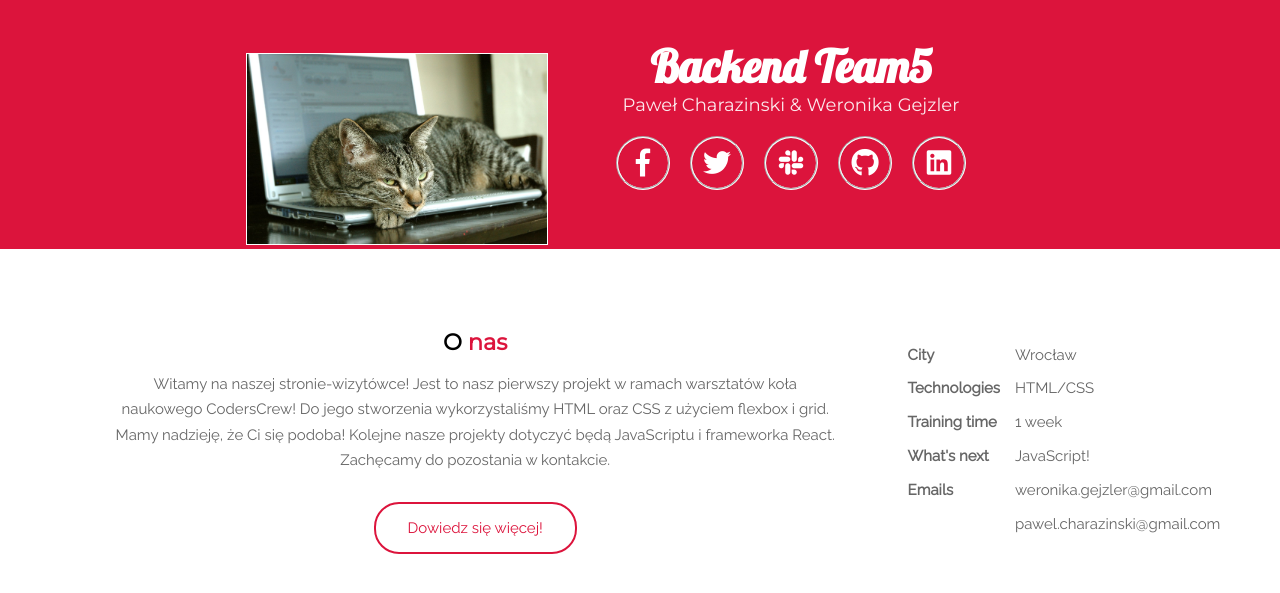
Repository: pietruszka/cc_proj1
Page: index.html
These files come from the project's save history. The page is drawn as it stood at one moment and after a run of saves; the edit follows.
The browser window is 1280 px wide. The pictures show the whole page.
Some web libraries are served in a nearby version.

Above is the page before, as saved 2018-11-18 20:41:19.

### index.html
<!DOCTYPE html>
<html lang="en">

<head>
    <meta charset="UTF-8">
    <meta name="viewport" content="width=device-width, initial-scale=1.0">
    <link rel="stylesheet" href="./style.css" />
    <link href="https://fonts.googleapis.com/css?family=Lobster" rel="stylesheet">
    <link href="https://use.fontawesome.com/releases/v5.0.8/css/all.css" rel="stylesheet">
    <link href="https://fonts.googleapis.com/css?family=Montserrat" rel="stylesheet">
    <link href="https://fonts.googleapis.com/css?family=Raleway" rel="stylesheet">
    <title>BackendTeam5</title>
</head>

<body>


        <div id="top">
            <div id="photo"><img id="photo1" src="people.jpg" alt=""></div>
            <div id="heading">


               <h1 id="heading1">Backend Team5</h1>
               <h2 id="heading2">Paweł Charazinski &amp; Weronika Gejzler</h2>
               <div class="nav">

                <div class="nav-item">
                    <a href="#" class="fab fa-facebook-f"></a>
                </div>
                <div class="nav-item">
                    <a href="#" class="fab fa-twitter"></a>
                </div>

                <div class="nav-item">
                    <a href="#" class="fab fa-slack"></a>
                </div>
                <div class="nav-item">
                    <a href="#" class="fab fa-github"></a>
                </div>
                <div class="nav-item">
                    <a href="#" class="fab fa-linkedin"></a>
                </div>
            </div>


            </div>

        </div>

        <div id="bottom">
            <div id="about">
<h1 id="h_about">O <span style="color:crimson">nas</span></h1>
<p id="p_about">Witamy na naszej stronie-wizytówce! Jest to nasz pierwszy projekt w ramach warsztatów koła naukowego CodersCrew! Do jego stworzenia wykorzystaliśmy HTML oraz CSS z użyciem flexbox i grid. Mamy nadzieję, że Ci się podoba! Kolejne nasze projekty dotyczyć będą JavaScriptu i frameworka React. Zachęcamy do pozostania w kontakcie.</p>
<div id="button">Dowiedz się więcej!</div>


            </div>
            <div id="details">
<table>
    <tr>
        <td class="table"><b>City</b></td>
        <td class="table">Wrocław</td>
    </tr>
    <tr>
        <td class="table"><b>Technologies</b></td>
        <td class="table">HTML/CSS</td>
    </tr>
    <tr>
        <td class="table"><b>Training time</b></td>
        <td class="table">1 week</td>
    </tr>
    <tr>
        <td class="table"><b>What's next</b></td>
        <td class="table">JavaScript!</td>
    </tr>
    <tr>
        <td class="table"><b>Emails</b></td>
        <td class="table">weronika.gejzler@gmail.com
        </td>
    </tr>
    <tr><td class="table"></td><td class="table">pawel.charazinski@gmail.com
        </td></tr>

</table>
</div>
        </div>


</div>
</body>

</html>

### style.css
body{
    margin: 0 0 1vw 0;
    font-size: 15px;


}
#top{
   display: flex;
   flex-direction: row;
   flex-wrap: wrap;
   align-items: center;
   justify-content: center;

    background-color: crimson;
    color: white;



}
#photo{
align-self: flex-end;


}
#photo1{
width: auto;
height: auto;
   max-width: 300px;
   max-height: 200px;
   border: 1px solid white;

}

#heading{

  padding: 3vw;

}

#heading1 {

    font-size: 3em;
    font-weight: 700;
        font-family: 'Lobster', cursive;
    text-align: center;
    margin:0;
   }
   #heading2 {

    font-size: 1.2em;
    font-weight: 100;
    font-family:  Montserrat;
    text-align: center;
    margin: 0%;
    opacity: 0.9;
    }

    a {
        color: white;
        text-decoration: none;

    }
    .nav {
        display: flex;
        justify-content: center;
        margin: 20px;
        flex-wrap: wrap;

    }

    .nav-item {

        animation: show 0.5s ease-in-out forwards;

        transition: all 0.3s ease-in-out;
        border-radius: 100%;
        border: groove 2px white;

        width: 50px;
        height: 50px;
        margin: 0 10px;
        display: flex;
        align-items: center;
        justify-content: center;

    }

    .nav-item:hover {
        cursor: pointer;

        opacity: 0.8;

    }

    .nav-item a:hover {

        opacity: 0.5;

    }

    .nav-item a {
        font-size: 28px;

    }

#bottom{
    display: flex;
    flex-direction: row;
    align-items: center;
    margin: 0 4vw;




}
#about{
   margin: 5vw;

   text-align: center;
}
#h_about{
   font-family:  Montserrat;
    font-style: Bold;
    font-size: 1.5em;

        line-height: 29px;

}
#p_about{
   color: #666666;
   Font-Family: Raleway;
Font-Style: Regular;

Line-Height: 1.7em;

}
#button{
    margin: 1vw;
    border: 2px solid crimson;
    border-radius: 25px;
    background-color: white;
    color: crimson;

    padding: 15px 32px;
    text-align: center;
    text-decoration: none;
    display: inline-block;

    Font-Family: Raleway;
}

#button:hover {
    cursor: pointer;
    background-color: bisque;
    transform: scale(1.03);

}


#details{

    color: #666666;
    Font-Family: Raleway;
 Font-Style: Regular;

 Line-Height: 19px;
 text-Align: Left;
 grid-area: details;
 flex-wrap:wrap;
}
.table{
    padding: 0.5vw;
}

After the next 4 saves:
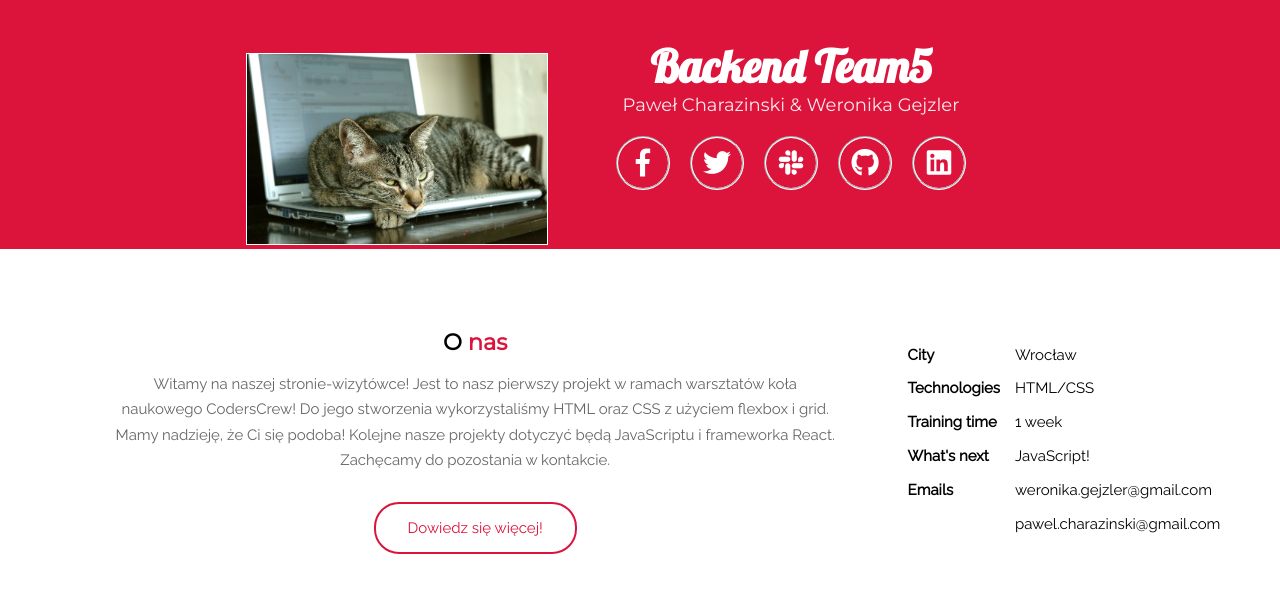
The 4 saves are shown as one change because they came seconds apart.
The last was saved 56 s later.
--- a/style.css
+++ b/style.css
@@ -158,7 +158,7 @@
 
 
 #details{
-
+   display: fl
     color: #666666;
     Font-Family: Raleway;
  Font-Style: Regular;

After the save that followed:
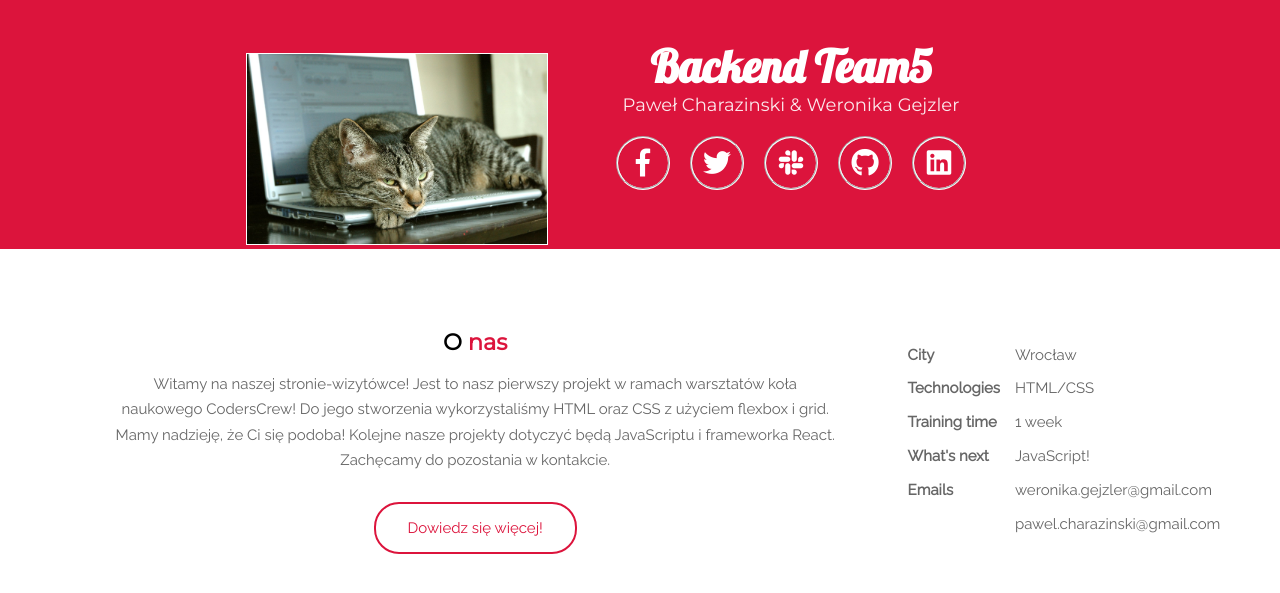
Saved 5 s later.
--- a/style.css
+++ b/style.css
@@ -158,7 +158,7 @@
 
 
 #details{
-   display: fl
+   display: flex;
     color: #666666;
     Font-Family: Raleway;
  Font-Style: Regular;
